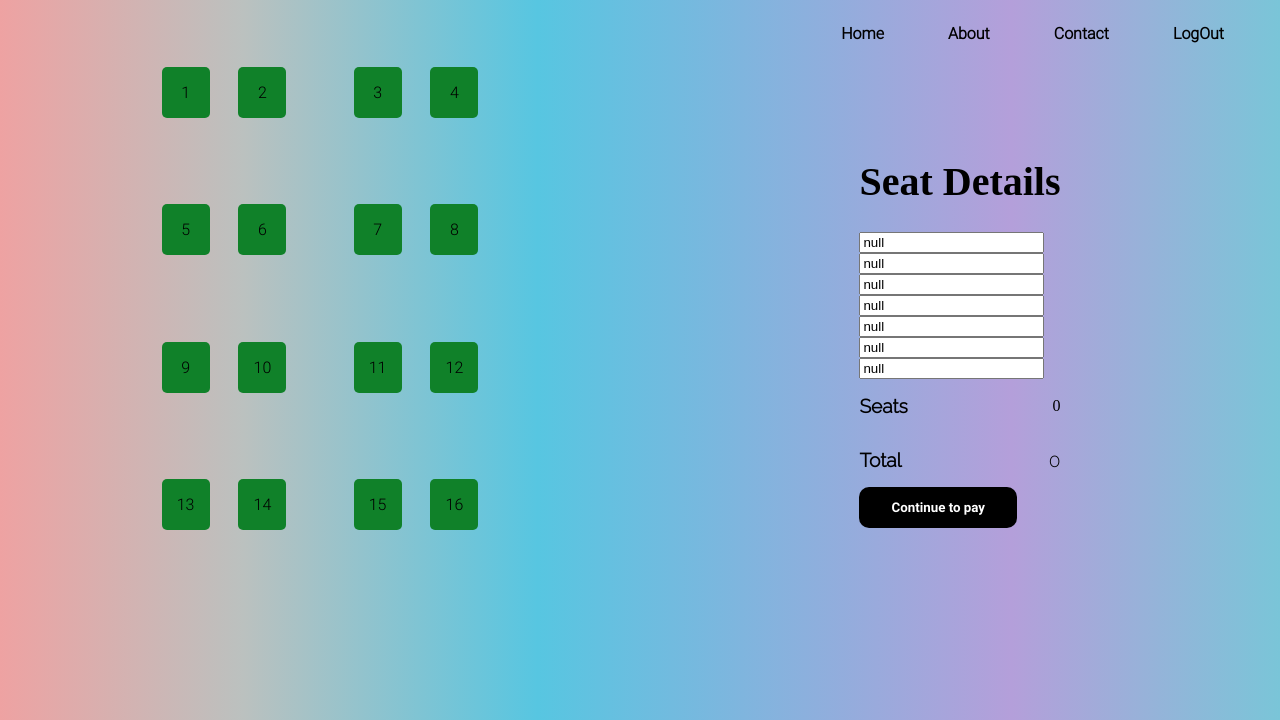
Repository: Savindushehan/RouteMaster-Group-project
Page: http://localhost/RouterMaster/UpdateBooking.jsp
The author's editor kept a copy of each file at every save. The page is drawn from the files as they stood at one save, then again after the next save.
The browser window is 1280 px wide. The pictures show the whole page.
The page is served by Tomcat 10. Other server files are loaded and not shown.

Above is the page before, as saved 2023-10-27 06:03:51.

### RouteMaster/RouterMaster/src/main/webapp/UpdateBooking.jsp
<%@ page language="java" contentType="text/html; charset=UTF-8" pageEncoding="UTF-8"%>
<%@ taglib prefix="c" uri="http://java.sun.com/jsp/jstl/core" %>
<!DOCTYPE html>
<html lang="en">
<head>
    <meta charset="UTF-8">
    <meta name="viewport" content="width=device-width, initial-scale=1.0">
    <title>RouteMaste</title>
    <style>
        @font-face {
        font-family: 'Roboto-Light'; /* Font family name */
        src: url('Fonts/Roboto-Light.ttf') format('truetype'); /* URL to your font file */
        font-weight: normal;
        font-style: italic;
        }
        @font-face {
        font-family: 'Raleway-Light'; /* Font family name */
        src: url('Fonts/Raleway-Light.ttf') format('truetype'); /* URL to your font file */
        font-weight: normal;
        font-style: italic;
        }
        @font-face {
        font-family: 'Roboto-Bold'; /* Font family name */
        src: url('Fonts/Roboto-Bold.ttf') format('truetype'); /* URL to your font file */
        font-weight: normal;
        font-style: italic;
        }
        :root{
            --div-color1:#000000;
            --div-color2:#272702;
            --div-color3:#07FAFA;
            --div-color4:#FFFFFF;
        }
        a{
            text-decoration: none;
        }
        body{
            margin: 0;
            padding: 0;
           background-image: linear-gradient(to right, #eea2a2 0%, #bbc1bf 19%, #57c6e1 42%, #b49fda 79%, #7ac5d8 100%);
            background-size: cover;
            background-repeat: no-repeat;
            background-position: center;
            height: 100vh;

        }

        .head{
            display: flex;
            flex-direction: row;
            justify-content: right;
        }
        header h3{
            color: var(--div-color1);
            font-size:1rem;
            margin-right: 3rem;
            cursor: grab;
            padding: 0.5rem;
            border-radius: 0.5rem;
            outline: none;
            font-family: 'Roboto-Light';
        }
        span{
            width: 3rem;
            text-align: center;
            padding-top: 1rem;
            padding-bottom: 1rem;
            border-radius: 5px;
            background-color:rgb(16, 129, 41);
            outline: none;
            cursor: pointer;
            font-family: 'Roboto-Light';

        }
        .side1{
            width: 30%;
            height: 70vh;
        }
        .side2{
            width: 30%;
            display: flex;
            flex-direction: column;
            justify-content: center;
            align-items: center;
        }
        .row1,.row2,.row3,.row4{
            display: flex;
            flex-direction: row;
            justify-content: space-around;
            margin-bottom: 12vh;
        }
        .column1,.column2{
            width: 40%;
            display: flex;
            flex-direction: row;
            justify-content: space-around;
        }
        main{
            display: flex;
            flex-direction: row;
            justify-content: space-around;
            align-items: center;
        }
        button{
          text-align: center;
          padding-left: 2rem;
          padding-right: 2rem;
          padding-top: 0.8rem;
          padding-bottom: 0.8rem;
          border-radius: 10px;
          font-family: 'Roboto-Bold';
          background-color: var(--div-color1);
          color: var(--div-color4);
          border: none;
          outline: none;
          cursor: pointer;
        }
        .details1,.details2{
            display: flex;
            flex-direction: row;
            justify-content:space-between;
            align-items: center;
        }
        h1{
          font-size: 2.5rem;
          text-align: center;
          margin-top: 3rem;
        }
        h2{
            font-size: 1.2rem;
          font-family: 'Raleway-Light';
        }
        #seats{
            font-size: 1.2rem;
          font-family: 'Raleway-Light';
            margin-left: 1rem;
        }
        #total{
            font-size: 1.2rem;
          font-family: 'Raleway-Light';
            margin-left: 1rem;

        }
        .column10{
          	width: 40%;
            display: flex;
            flex-direction: row;
            justify-content: space-around;
        }
        </style>
</head>
<body>

     <header>
        <div class="head">
          <a href="Home.jsp"><h3 id="m1">Home</h3></a>
           <a href="AboutUs.jsp"><h3 id="m2">About</h3></a>
            <a href="ContactUS.jsp"><h3 id="m3">Contact</h3></a>
           <a href="login.jsp"><h3 id="m4">LogOut</h3></a>
        </div>
    </header>
    <main>
        <div class="side1">
            <div class="row1">
                <div class="column1">
                    <span id="s1">1</span>
                    <span id="s2">2</span>
                </div>
            <div class="column2">
                <span id="s3">3</span>
                <span id="s4">4</span>
            </div>
        </div>
        <div class="row2">
            <div class="column1">
                <span id="s5">5</span>
                <span id="s6">6</span>
            </div>
        <div class="column2">
            <span id="s7">7</span>
            <span id="s8">8</span>
        </div>
    </div>
    <div class="row3">
        <div class="column1">
            <span id="s9">9</span>
            <span id="s10">10</span>
        </div>
    <div class="column2">
        <span id="s11">11</span>
        <span id="s12">12</span>
    </div>
</div>
<div class="row4">
    <div class="column1">
        <span id="s13">13</span>
        <span id="s14">14</span>
    </div>
<div class="column2">
    <span id="s15">15</span>
    <span id="s16">16</span>
</div>
</div>
        </div>
        <div class="side2">
            <form action="BookingServlet" method="Get">
 <h1>Seat Details</h1>

 <%

 String RID=request.getParameter("RID");
 String FID=request.getParameter("FID");
 String place=request.getParameter("place");
 String venue=request.getParameter("venue");
 String date=request.getParameter("date");
 String seats=request.getParameter("seats");
 String payment=request.getParameter("payment");

 %>


		<p id="seat" name="seat"></p>
		<p id="tota" name="tota"></p>
<div class="column10">
 <input type="text" name="RID" value="<%=RID%>" readonly>
 </div>
 <div class="column10">
  <input type="text" name="FID" value="<%=FID%>" readonly>
 </div>
 <div class="column10">
  <input type="text" name="place" value="<%=place%>" readonly>
 </div>
 <div class="column10">
   <input type="text" name="Venue" value="<%=venue%>" readonly>
 </div>
  <div class="column10">
   <input type="text" name="date" value="<%=date%>" readonly>
 </div>
  <div class="column10">
   <input type="text" name="seats1" value="<%=seats%>">
 </div>
  <div class="column10">
   <input type="text" name="payment" value="<%=payment%>">
 </div>

    <div class="details1">
        <h2>Seats</h2>
        <label id="sea" name="seat">0</label>
    </div>
    <div class="details2">
        <h2>Total</h2>
        <label id="total" name="total">0</label>

        <input type="hidden" name="seats" id="seats">
<input type="hidden" name="total" id="totals">

    </div>
    <button id="btn">Continue to pay</button>


 </div>

            </form>

        </div>
    </main>
    <script>

        var M1=document.getElementById("m1");
        var M2=document.getElementById("m2");
        var M3=document.getElementById("m3");
        var M4=document.getElementById("m4");
        var BTN=document.getElementById("btn");
        var S1=document.getElementById("s1");
        var S2=document.getElementById("s2");
        var S3=document.getElementById("s3");
        var S4=document.getElementById("s4");
        var S5=document.getElementById("s5");
        var S6=document.getElementById("s6");
        var S7=document.getElementById("s7");
        var S8=document.getElementById("s8");
        var S9=document.getElementById("s9");
        var S10=document.getElementById("s10");
        var S11=document.getElementById("s11");
        var S12=document.getElementById("s12");
        var S13=document.getElementById("s13");
        var S14=document.getElementById("s14");
        var S15=document.getElementById("s15");
        var S16=document.getElementById("s16");
        var Seats=document.getElementById("sea");
        var Total=document.getElementById("total");
        function updateSeatsLabel() {
            var seatsLabel = document.getElementById("seats");
            var Total1=document.getElementById("totals");
            if (seatsLabel) {
                seatsLabel.value = count;
                Total1.value=count*450;

            }
        }

        M1.onmousemove=function(){
          M1.style.backgroundColor="var(--div-color3)";
          M1.style.color="var(--div-color4)";
        }
        M1.onmouseout=function(){
          M1.style.backgroundColor="";
          M1.style.color="var(--div-color1)";
        }
        M2.onmousemove=function(){
          M2.style.backgroundColor="var(--div-color3)";
          M2.style.color="var(--div-color4)";
        }
        M2.onmouseout=function(){
          M2.style.backgroundColor="";
          M2.style.color="var(--div-color1)";
        }
        M3.onmousemove=function(){
          M3.style.backgroundColor="var(--div-color3)";
          M3.style.color="var(--div-color4)";
        }
        M3.onmouseout=function(){
          M3.style.backgroundColor="";
          M3.style.color="var(--div-color1)";
        }
        M4.onmousemove=function(){
          M4.style.backgroundColor="var(--div-color3)";
          M4.style.color="var(--div-color4)";
        }
        M4.onmouseout=function(){
          M4.style.backgroundColor="";
          M4.style.color="var(--div-color1)";
        }
        /* Above javascript code must include all tha page.don't change the code.*/
        BTN.onmousemove=function(){
          BTN.style.color="var(--div-color1)";
          BTN.style.backgroundColor="var(--div-color4)";
        }
        BTN.onmouseout=function(){
          BTN.style.color="var(--div-color4)";
          BTN.style.backgroundColor="var(--div-color1)";
        }

        var s1=1;
        var count=0;
        S1.onclick=function(){
            if(s1==1){
                S1.style.backgroundColor="red";
                ++s1;
                ++count;
                Seats.innerHTML=count;
                Total.innerHTML=count*450
                updateSeatsLabel(); // Update the label

            }else if(s1==2){
                --s1;
                --count;
                Seats.innerHTML=count;
                Total.innerHTML=count*450;
                S1.style.backgroundColor="rgb(16, 129, 41)"
                    updateSeatsLabel(); // Update the label

            }
        }
        var s2=1;
        S2.onclick=function(){
            if(s2==1){
                S2.style.backgroundColor="red";
                ++s2;
                ++count;
                Seats.innerHTML=count;
                Total.innerHTML=count*450;
                updateSeatsLabel(); // Update the label

            }else if(s2==2){
                --s2;
                --count;
                Seats.innerHTML=count;
                Total.innerHTML=count*450;
                S2.style.backgroundColor="rgb(16, 129, 41)";
                updateSeatsLabel(); // Update the label

            }
        }
        var s3=1;
        S3.onclick=function(){
            if(s3==1){
                S3.style.backgroundColor="red";
                ++s3;
                ++count;
                Seats.innerHTML=count;
                Total.innerHTML=count*450;
                updateSeatsLabel(); // Update the label

            }else if(s3==2){
                --s3;
                --count;
                Seats.innerHTML=count;
                Total.innerHTML=count*450;
                S3.style.backgroundColor="rgb(16, 129, 41)";
                updateSeatsLabel(); // Update the label

            }
        }
        var s4=1;
        S4.onclick=function(){
            if(s4==1){
                S4.style.backgroundColor="red";
                ++s4;
                ++count;
                Total.innerHTML=count*450;
                Seats.innerHTML=count
                updateSeatsLabel(); // Update the label


            }else if(s4==2){
                --s4;
                --count;
                Seats.innerHTML=count;
                Total.innerHTML=count*450;
                S4.style.backgroundColor="rgb(16, 129, 41)";
                updateSeatsLabel(); // Update the label

            }
        }
        var s5=1;
        S5.onclick=function(){
            if(s5==1){
                S5.style.backgroundColor="red";
                ++s5;
                ++count;
                Seats.innerHTML=count;
                Total.innerHTML=count*450;
                updateSeatsLabel(); // Update the label
            }else if(s5==2){
                --s5;
                --count;
                Seats.innerHTML=count;
                Total.innerHTML=count*450;
                S5.style.backgroundColor="rgb(16, 129, 41)";
                updateSeatsLabel(); // Update the label
            }
        }
        var s6=1;
        S6.onclick=function(){
            if(s6==1){
                S6.style.backgroundColor="red";
                ++s6;
                ++count;
                Seats.innerHTML=count;
                Total.innerHTML=count*450;
                updateSeatsLabel(); // Update the label

            }else if(s6==2){
                --s6;
                --count;
                Seats.innerHTML=count;
                Total.innerHTML=count*450;
                S6.style.backgroundColor="rgb(16, 129, 41)";
                updateSeatsLabel(); // Update the label
            }
        }
        var s7=1;
        S7.onclick=function(){
            if(s7==1){
                S7.style.backgroundColor="red";
                ++s7;
                ++count;
                Seats.innerHTML=count;
                Total.innerHTML=count*450;
                updateSeatsLabel(); // Update the label
            }else if(s7==2){
                --s7;
                --count;
                Seats.innerHTML=count;
                Total.innerHTML=count*450;
                S7.style.backgroundColor="rgb(16, 129, 41)";
                updateSeatsLabel(); // Update the label
            }
        }
        var s8=1;
        S8.onclick=function(){
            if(s8==1){
                S8.style.backgroundColor="red";
                ++s8;
                ++count;
                Seats.innerHTML=count;
                Total.innerHTML=count*450;
                updateSeatsLabel(); // Update the label
            }else if(s8==2){
                --s8;
                --count;
                Seats.innerHTML=count;
                Total.innerHTML=count*450;
                S8.style.backgroundColor="rgb(16, 129, 41)";
                updateSeatsLabel(); // Update the label
            }
        }
        var s9=1;
        S9.onclick=function(){
            if(s9==1){
                S9.style.backgroundColor="red";
                ++s9;
                ++count;
                Seats.innerHTML=count;
                Total.innerHTML=count*450;
                updateSeatsLabel(); // Update the label

            }else if(s9==2){
                --s9;
                --count;
                Seats.innerHTML=count;
                Total.innerHTML=count*450;
                S9.style.backgroundColor="rgb(16, 129, 41)";
                updateSeatsLabel(); // Update the label
            }
        }
        var s10=1;
        S10.onclick=function(){
            if(s10==1){
                S10.style.backgroundColor="red";
                ++s10;
                ++count;
                Seats.innerHTML=count;
                Total.innerHTML=count*450;
                updateSeatsLabel(); // Update the label
            }else if(s10==2){
                --s10;
                Seats.innerHTML=count;
                Total.innerHTML=count*450;
                S10.style.backgroundColor="rgb(16, 129, 41)";
                updateSeatsLabel(); // Update the label
            }
        }
        var s11=1;
        S11.onclick=function(){
            if(s11==1){
                S11.style.backgroundColor="red";
                ++s11;
                ++count;
                Total.innerHTML=count*450;
                Seats.innerHTML=count;
                updateSeatsLabel(); // Update the label

            }else if(s11==2){
                --s11;
                --count;
                Seats.innerHTML=count;
                Total.innerHTML=count*450;
                S11.style.backgroundColor="rgb(16, 129, 41)";
                updateSeatsLabel(); // Update the label
            }
        }
        var s12=1;
        S12.onclick=function(){
            if(s12==1){
                S12.style.backgroundColor="red";
                ++s12;
                ++count;
                Total.innerHTML=count*450;
                Seats.innerHTML=count;
                updateSeatsLabel(); // Update the label

            }else if(s12==2){
                --s12;
                --count;
                Seats.innerHTML=count;
                Total.innerHTML=count*450;
                S12.style.backgroundColor="rgb(16, 129, 41)";
                updateSeatsLabel(); // Update the label
            }
        }
        var s13=1;
        S13.onclick=function(){
            if(s13==1){
                S13.style.backgroundColor="red";
                ++s13;
                ++count;
                Total.innerHTML=count*450;
                updateSeatsLabel(); // Update the label
            }else if(s13==2){
                --s13;
                --count;
                Seats.innerHTML=count;
                Total.innerHTML=count*450;
                S13.style.backgroundColor="rgb(16, 129, 41)";
                updateSeatsLabel(); // Update the label
            }
        }
        var s14=1;
        S14.onclick=function(){
            if(s14==1){
                S14.style.backgroundColor="red";
                ++s14;
                ++count;
                Total.innerHTML=count*450;
                Seats.innerHTML=count;
                updateSeatsLabel(); // Update the label

            }else if(s14==2){
                --s14;
                --count;
                Seats.innerHTML=count;
                Total.innerHTML=count*450;
                S14.style.backgroundColor="rgb(16, 129, 41)";
                updateSeatsLabel(); // Update the label
            }
        }
        var s15=1;
        S15.onclick=function(){
            if(s15==1){
                S15.style.backgroundColor="red";
                ++s15;
                ++count;
                Total.innerHTML=count*450;
                Seats.innerHTML=count;
                updateSeatsLabel(); // Update the label

            }else if(s15==2){
                --s15;
                --count;
                Seats.innerHTML=count;
                Total.innerHTML=count*450;
                S15.style.backgroundColor="rgb(16, 129, 41)";
                updateSeatsLabel(); // Update the label
            }
        }
        var s16=1;
        S16.onclick=function(){
            if(s16==1){
                S16.style.backgroundColor="red";
                ++s16;
                ++count;
                Total.innerHTML=count*450;
                Seats.innerHTML=count;
                updateSeatsLabel(); // Update the label

            }else if(s16==2){
                --s16;
                --count;
                Seats.innerHTML=count;
                Total.innerHTML=count*450;
                S16.style.backgroundColor="rgb(16, 129, 41)";
                updateSeatsLabel(); // Update the label
            }
        }

        updateSeatsLabel();


       </script>
</body>
</html>

After the next save:
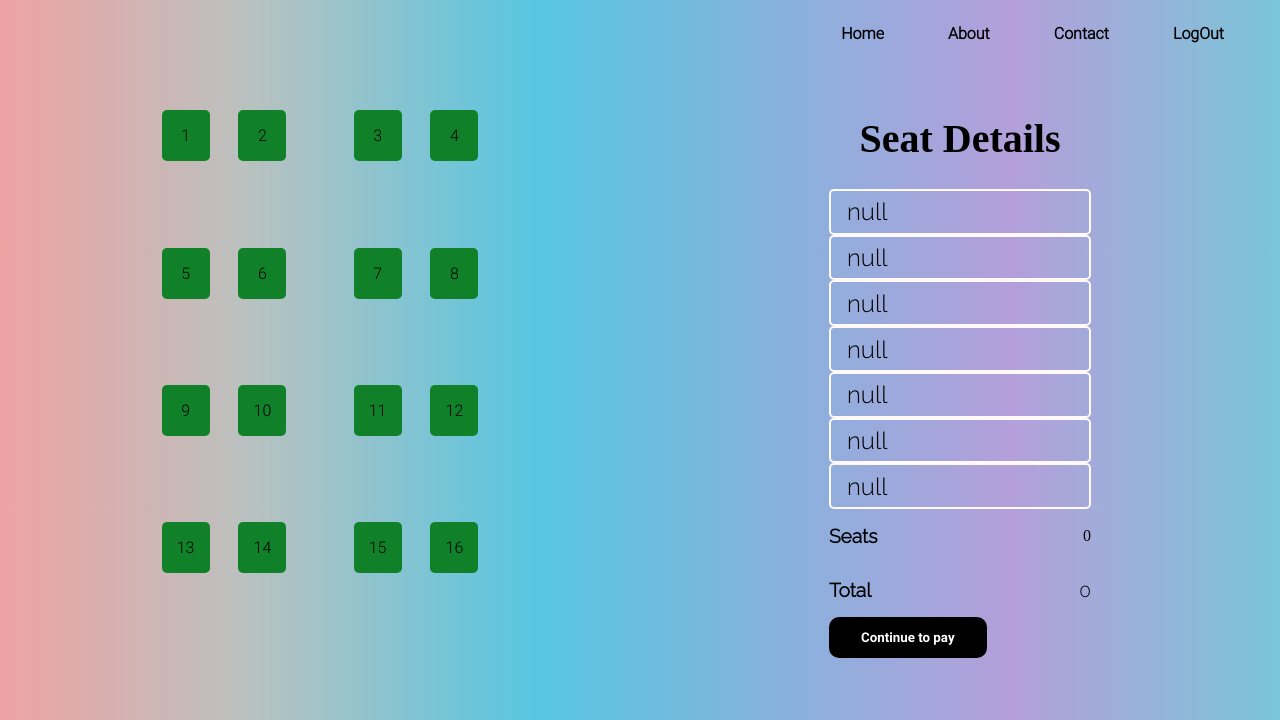
Saved 6 min 47 s later.
--- a/RouteMaster/RouterMaster/src/main/webapp/UpdateBooking.jsp
+++ b/RouteMaster/RouterMaster/src/main/webapp/UpdateBooking.jsp
@@ -146,6 +146,21 @@
             display: flex;
             flex-direction: row;
             justify-content: space-around;
+        }
+         input{
+          font-size: 1.5rem;
+          font-family: 'Raleway-Light';
+          width: 15rem;
+          outline: none;
+          padding-left: 1rem;
+          padding-top: 0.4rem;
+          padding-bottom: 0.4rem;
+          border-radius: 5px;
+          border: 2px solid red;
+          border: none;
+          background: transparent;
+          border:2px solid rgb(255, 249, 249);
+
         }
         </style>
 </head>
